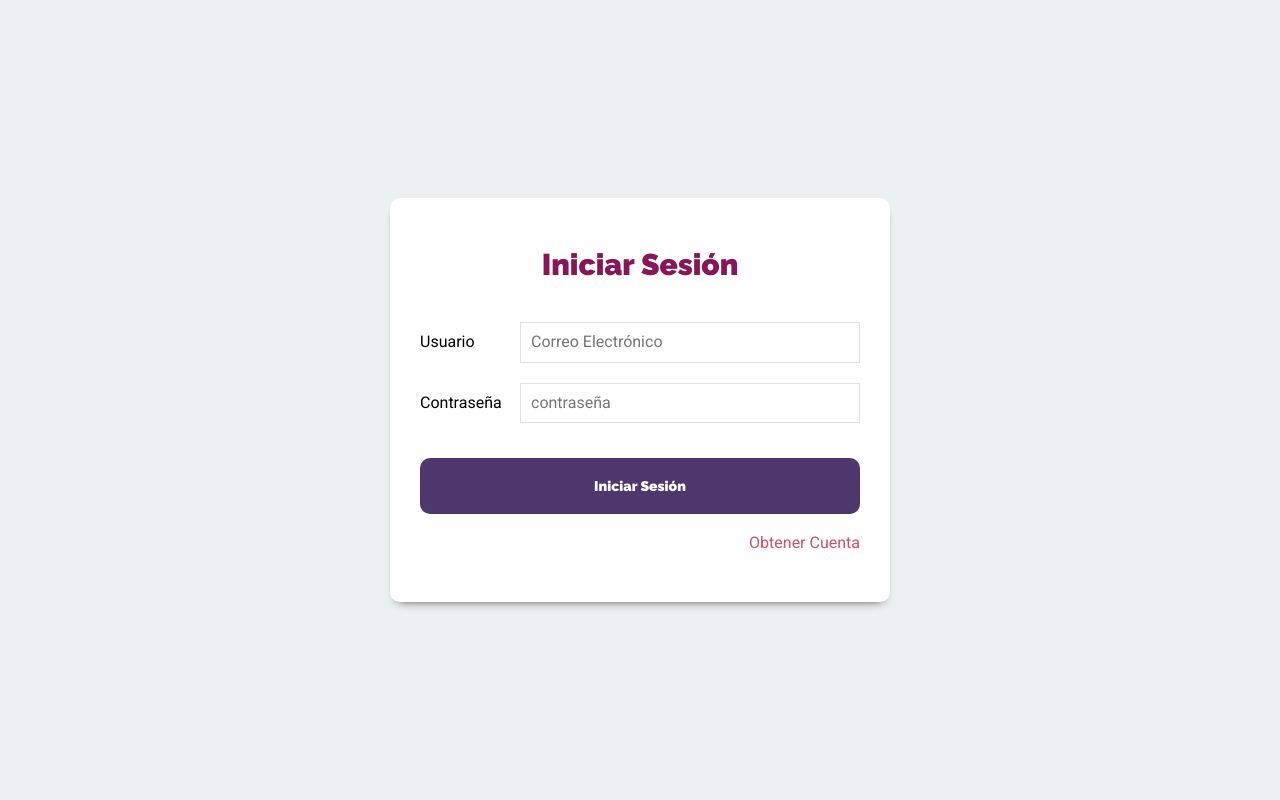
Repository: andrescovarrubias/admin-proyectos
Page: / (app in cliente/)
These files come from the project's save history. The page is drawn as it stood at one moment and after the next save; the edit follows.
The browser window is 1280 px wide. The pictures show the whole page.
The project was rebuilt for these pictures with package versions that can differ from the ones it lists, and the page was loaded fresh each time. Also part of the build but not shown: cliente/src/components/auth/NuevaCuenta.jsx, cliente/src/components/proyectos/NuevoProyecto.jsx, cliente/src/components/layout/SideBar.jsx, cliente/src/components/proyectos/Proyectos.jsx.

Above is the page before, as saved 2020-10-31 17:24:27.

After the next save:
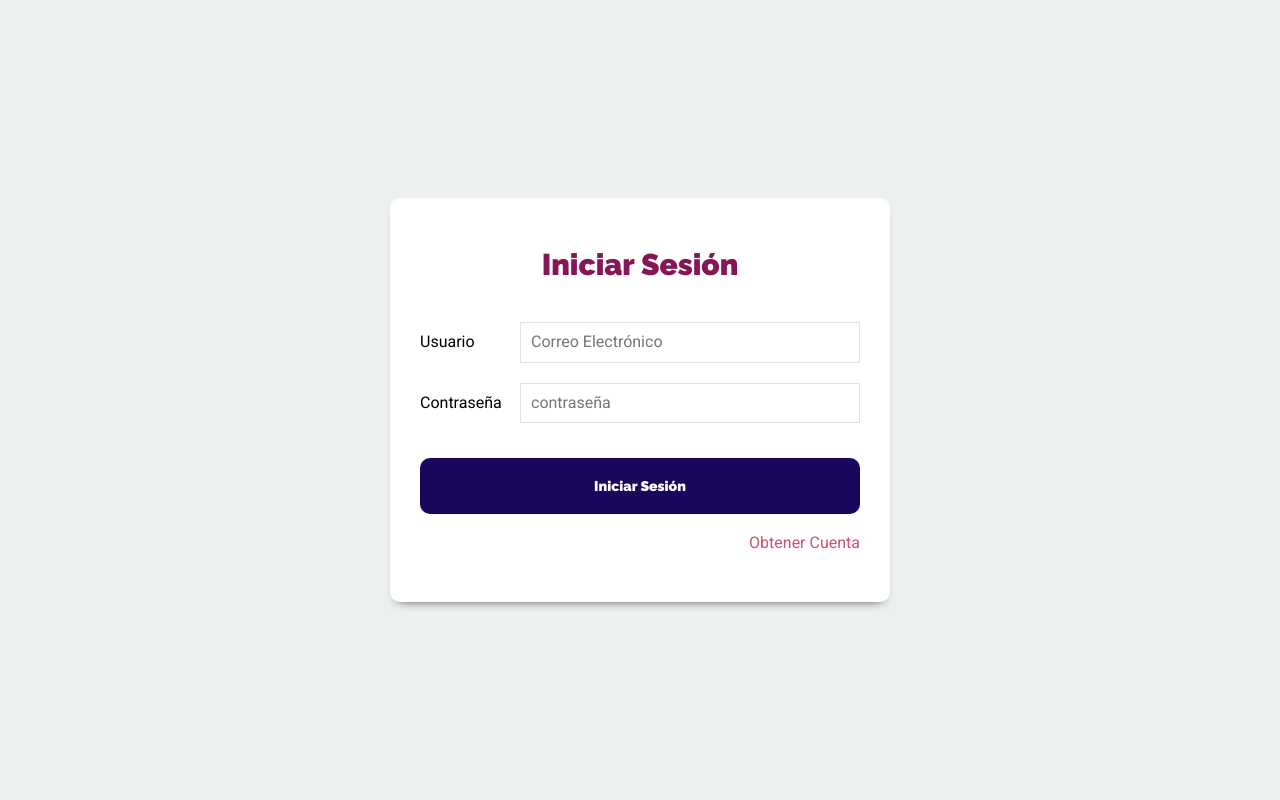
Saved 18 s later.
--- a/cliente/src/index.css
+++ b/cliente/src/index.css
@@ -72,7 +72,7 @@ a {
   cursor: pointer;
 }
 .btn-primario {
-  background-color: var(--morado1);
+  background-color: var(--azul2);
   color: var(--blanco);
 }
 .btn-primario:hover {
